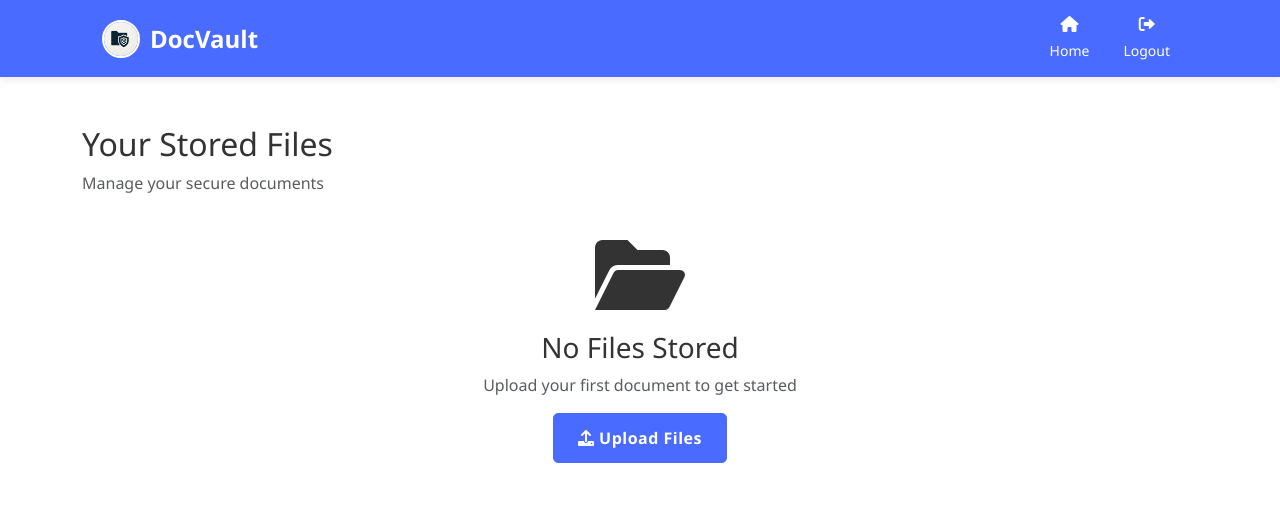
Repository: Satyaveni-Devisetti/DocVault
Page: storedfiles.html
An editor plug-in stored every save of this project. The page is shown before and after the next save, followed by the edit.
The browser window is 1280 px wide. The pictures show the whole page.

Above is the page before, as saved 2025-04-28 14:38:21.

### storedfiles.html
<!DOCTYPE html>
<html lang="en">
<head>
    <meta charset="UTF-8">
    <meta name="viewport" content="width=device-width, initial-scale=1.0">
    <title>Stored Files - DocVault</title>
    <link href="https://cdn.jsdelivr.net/npm/bootstrap@5.3.0/dist/css/bootstrap.min.css" rel="stylesheet">
    <link rel="stylesheet" href="https://cdnjs.cloudflare.com/ajax/libs/font-awesome/6.0.0/css/all.min.css">
    <link rel="stylesheet" href="styles.css">
    <style>
        .navbar {
            padding: 0.5rem 0;
            background: #4066fa;
        }
        .navbar .container {
            display: flex;
            align-items: center;
            justify-content: space-between;
        }
        .navbar-brand {
            display: flex;
            align-items: center;
            color: #fff !important;
            font-weight: 600;
            font-size: 1.5rem;
        }
        .navbar-logo {
            margin-right: 10px;
            height: 38px;
            width: 38px;
        }
        .navbar-nav {
            display: flex;
            flex-direction: row;
            align-items: center;
            gap: 18px;
        }
        .nav-link {
            color: #fff !important;
            font-weight: 500;
            display: flex;
            align-items: center;
            gap: 8px;
        }
        .nav-link .nav-icon-circle {
            background: rgba(255,255,255,0.15);
            border-radius: 50%;
            padding: 8px;
            display: flex;
            align-items: center;
            justify-content: center;
            font-size: 1.35rem;
        }
        @media (max-width: 991.98px) {
            .navbar {
                padding: 0.5rem 1rem;
            }
            .navbar-brand {
                font-size: 1.2rem;
            }
            .navbar-logo {
                height: 72px;
                width: 72px;
            }
            .nav-link {
                font-size: 1rem;
            }
            .nav-link .nav-icon-circle {
                padding: 8px;
                font-size: 1.5rem;
            }
        }
        .card, .option-card {
            box-shadow: 0 8px 20px rgba(0, 0, 0, 0.534);
            border-radius: 12px;
        }
    </style>
</head>
<body>
    <nav class="navbar navbar-expand-lg navbar-light bg-light">
        <div class="container">
            <a class="navbar-brand" href="home.html">
                <img src="icon.png" alt="DocVault" class="navbar-logo">
                <span class="d-none d-md-inline">DocVault</span>
            </a>
            <div class="navbar-nav ms-auto">
                <a class="nav-link" href="home.html">
                    <i class="fas fa-home"></i>
                    <span>Home</span>
                </a>
                <a class="nav-link" href="#" id="logout-link">
                    <i class="fas fa-sign-out-alt"></i>
                    <span>Logout</span>
                </a>
            </div>
        </div>
    </nav>

    <div class="container mt-5">
        <div class="row mb-4">
            <div class="col">
                <h2>Your Stored Files</h2>
                <p class="text-muted">Manage your secure documents</p>
            </div>
        </div>

        <div id="files-container">
            <!-- Files will be dynamically added here -->
            <div id="no-files-message" class="text-center d-none">
                <i class="fas fa-folder-open fa-5x mb-3"></i>
                <h3>No Files Stored</h3>
                <p class="text-muted">Upload your first document to get started</p>
                <a href="home.html" class="btn btn-primary">
                    <i class="fas fa-upload"></i> Upload Files
                </a>
            </div>

            <div class="file-grid" id="file-grid">
                <!-- File cards will be added here dynamically -->
            </div>
        </div>
    </div>

    <!-- File Password Modal -->
    <div class="modal fade" id="passwordModal" tabindex="-1">
        <div class="modal-dialog">
            <div class="modal-content">
                <div class="modal-header">
                    <h5 class="modal-title">Enter File Password</h5>
                    <button type="button" class="btn-close" data-bs-dismiss="modal"></button>
                </div>
                <div class="modal-body">
                    <form id="password-form">
                        <div class="form-group">
                            <label for="file-password-input">Password</label>
                            <input type="password" class="form-control" id="file-password-input" required>
                        </div>
                        <div class="text-center mt-3">
                            <button type="submit" class="btn btn-primary">
                                <span class="button-text">Access File</span>
                                <span class="loading d-none"></span>
                            </button>
                        </div>
                    </form>
                </div>
            </div>
        </div>
    </div>

    <!-- Share Modal -->
    <div class="modal fade" id="shareModal" tabindex="-1">
        <div class="modal-dialog">
            <div class="modal-content">
                <div class="modal-header">
                    <h5 class="modal-title">Share File</h5>
                    <button type="button" class="btn-close" data-bs-dismiss="modal"></button>
                </div>
                <div class="modal-body">
                    <form id="share-form">
                        <div class="form-group">
                            <label for="share-email">Recipient's Email</label>
                            <input type="email" class="form-control" id="share-email" required>
                        </div>
                        <div class="form-group mt-3">
                            <label for="share-message">Message (Optional)</label>
                            <textarea class="form-control" id="share-message" rows="3"></textarea>
                        </div>
                        <div class="text-center mt-3">
                            <button type="submit" class="btn btn-primary">
                                <span class="button-text">Share</span>
                                <span class="loading d-none"></span>
                            </button>
                        </div>
                    </form>
                </div>
            </div>
        </div>
    </div>

    <script src="https://cdn.jsdelivr.net/npm/bootstrap@5.3.0/dist/js/bootstrap.bundle.min.js"></script>
    <script src="script.js"></script>
</body>
</html>

### styles.css
:root {
    --primary-color: #4a6bff;
    --secondary-color: #f8f9fa;
    --text-color: #333;
    --success-color: #28a745;
    --error-color: #dc3545;
}

body {
    font-family: 'Segoe UI', Tahoma, Geneva, Verdana, sans-serif;
    margin: 0;
    padding: 0;
    color: var(--text-color);
}

/* Index Page Styles */
.left-side {
    background-color: var(--secondary-color);
    padding: 2rem;
    display: flex;
    align-items: center;
    justify-content: center;
}

.right-side {
    background-color: white;
    padding: 2rem;
    display: flex;
    flex-direction: column;
    align-items: center;
    justify-content: center;
}

.content h1 {
    font-size: 2.5rem;
    margin-bottom: 1rem;
    color: var(--primary-color);
}

.features {
    list-style: none;
    padding: 0;
}

.features li {
    margin: 1rem 0;
    font-size: 1.1rem;
}

.features i {
    color: var(--primary-color);
    margin-right: 0.5rem;
}

.auth-buttons {
    margin-bottom: 2rem;
}

.auth-buttons .btn {
    margin: 0 0.5rem;
    padding: 0.5rem 1.5rem;
}

.icon-container {
    font-size: 8rem;
    color: var(--primary-color);
    animation: float 3s ease-in-out infinite;
}

@keyframes float {
    0% {
        transform: translateY(0px);
    }
    50% {
        transform: translateY(-20px);
    }
    100% {
        transform: translateY(0px);
    }
}

/* Card and Container Base Styles */
.form-container, .file-card, .alert {
    background: #ffffff;
    border-radius: 10px;
    border: 1px solid rgba(0, 0, 0, 0.05);
    box-shadow: rgba(99, 99, 99, 0.1) 0px 2px 8px 0px, rgba(0, 0, 0, 0.05) 0px 0px 0px 1px;
    transition: all 0.3s ease;
}

.form-container:hover, .file-card:hover {
    box-shadow: rgba(0, 0, 0, 0.1) 0px 10px 15px -3px, rgba(0, 0, 0, 0.05) 0px 4px 6px -2px;
}

.form-container {
    max-width: 500px;
    width: 95%;
    margin: 2rem auto;
    padding: 2rem;
}

.form-container h2 {
    color: #333;
    font-weight: 700;
    margin-bottom: 2rem;
    font-size: clamp(1.5rem, 4vw, 2rem);
    text-transform: uppercase;
    letter-spacing: 0.5px;
}

/* Section Headers */
.section-headers {
    display: flex;
    justify-content: center;
    gap: clamp(1rem, 3vw, 2rem);
    margin-bottom: 2rem;
    padding-bottom: 0.5rem;
    border-bottom: 2px solid #e9ecef;
    flex-wrap: wrap;
}

.section-title {
    color: #666;
    font-size: clamp(1rem, 3vw, 1.25rem);
    font-weight: 600;
    cursor: pointer;
    padding: 0.5rem 1rem;
    margin: 0;
    transition: all 0.3s ease;
    position: relative;
    border: none;
    background: none;
    outline: none;
    white-space: nowrap;
}

.section-title:hover {
    color: var(--primary-color);
}

.section-title.active {
    color: var(--primary-color);
}

.section-title.active::after {
    content: '';
    position: absolute;
    bottom: -0.5rem;
    left: 0;
    width: 100%;
    height: 3px;
    background-color: var(--primary-color);
    transition: all 0.3s ease;
}

/* Form Styles */
.update-form {
    opacity: 0;
    display: none;
    transition: opacity 0.3s ease;
    position: relative;
}

.update-form.active {
    opacity: 1;
    display: block;
}

.form-group {
    margin-bottom: 1.5rem;
}

.form-group label {
    display: block;
    margin-bottom: 0.5rem;
    font-weight: 600;
    color: #333;
    font-size: clamp(0.875rem, 2vw, 1rem);
}

.form-control {
    padding: clamp(0.5rem, 2vw, 0.75rem);
    border-radius: 5px;
    border: 1px solid #ddd;
    width: 100%;
    font-size: clamp(0.875rem, 2vw, 1rem);
    background-color: white;
}

.form-control:focus {
    border-color: var(--primary-color);
    box-shadow: 0 0 0 0.2rem rgba(74, 107, 255, 0.25);
}

/* Input Group for Password Fields */
.input-group {
    display: flex;
    align-items: stretch;
    width: 100%;
    margin-bottom: 1rem;
}

.input-group .form-control {
    border-top-right-radius: 0;
    border-bottom-right-radius: 0;
    margin-bottom: 0;
}

.input-group .btn {
    border-top-left-radius: 0;
    border-bottom-left-radius: 0;
}

/* Button Styles */
.btn {
    padding: clamp(0.5rem, 2vw, 0.75rem) clamp(1rem, 3vw, 1.5rem);
    font-size: clamp(0.875rem, 2vw, 1rem);
    border-radius: 5px;
    transition: all 0.3s ease;
}

.btn-primary {
    background-color: var(--primary-color);
    border-color: var(--primary-color);
    color: white;
    font-weight: 600;
    letter-spacing: 0.5px;
}

.btn-primary:hover {
    transform: translateY(-2px);
    box-shadow: 0 4px 12px rgba(74, 107, 255, 0.2);
}

.btn-outline-secondary {
    background-color: white;
    border-color: #ddd;
    color: #666;
}

.btn-outline-secondary:hover {
    background-color: #f8f9fa;
    border-color: #ddd;
    color: #333;
}

/* File Grid Styles */
.file-grid {
    display: grid;
    grid-template-columns: repeat(auto-fill, minmax(280px, 1fr));
    gap: 1.5rem;
    padding: 1.5rem;
}

.file-card {
    padding: 1.5rem;
    transition: all 0.3s ease;
}

.file-card:hover {
    transform: translateY(-5px);
    box-shadow: rgba(17, 17, 26, 0.1) 0px 8px 24px, rgba(17, 17, 26, 0.1) 0px 16px 56px;
}

.file-actions {
    display: flex;
    justify-content: space-around;
    margin-top: 1rem;
}

.file-actions i {
    cursor: pointer;
    color: var(--primary-color);
    transition: color 0.2s;
}

.file-actions i:hover {
    color: #3a5bef;
}

/* Responsive Design */
@media (max-width: 1200px) {
    .file-grid {
        grid-template-columns: repeat(auto-fill, minmax(250px, 1fr));
        gap: 1.25rem;
        padding: 1.25rem;
    }
}

@media (max-width: 992px) {
    .form-container {
        width: 90%;
        padding: 1.75rem;
    }

    .file-grid {
        grid-template-columns: repeat(auto-fill, minmax(220px, 1fr));
        gap: 1rem;
        padding: 1rem;
    }
}

@media (max-width: 768px) {
    .form-container {
        width: 85%;
        padding: 1.5rem;
        margin: 1.5rem auto;
    }

    .section-headers {
        gap: 1rem;
    }

    .file-grid {
        grid-template-columns: repeat(auto-fill, minmax(200px, 1fr));
    }

    .file-card {
        padding: 1.25rem;
    }
}

@media (max-width: 576px) {
    .form-container {
        width: 92%;
        padding: 1.25rem;
        margin: 1rem auto;
    }

    .section-headers {
        flex-direction: row;
        gap: 0.75rem;
    }

    .section-title {
        padding: 0.4rem 0.8rem;
    }

    .file-grid {
        grid-template-columns: 1fr;
        padding: 0.75rem;
        gap: 1rem;
    }

    .file-card {
        width: 100%;
        min-width: 0;
        max-width: 100%;
        margin: 0 auto 1rem auto;
        box-sizing: border-box;
    }

    .form-group {
        margin-bottom: 1rem;
    }
}

/* Animations */
.fade-in {
    animation: fadeIn 0.5s ease-in;
}

@keyframes fadeIn {
    from {
        opacity: 0;
        transform: translateY(20px);
    }
    to {
        opacity: 1;
        transform: translateY(0);
    }
}

/* Loading Animation */
.loading {
    display: inline-block;
    width: 20px;
    height: 20px;
    border: 3px solid rgba(255,255,255,.3);
    border-radius: 50%;
    border-top-color: #fff;
    animation: spin 1s ease-in-out infinite;
}

@keyframes spin {
    to { transform: rotate(360deg); }
}

/* Error and Success Messages */
.alert {
    margin: 1rem 0;
    padding: clamp(0.75rem, 2vw, 1rem);
    font-size: clamp(0.875rem, 2vw, 1rem);
}

.alert-success {
    background-color: #d4edda;
    border-color: #c3e6cb;
    color: #155724;
}

.alert-error {
    background-color: #f8d7da;
    border-color: #f5c6cb;
    color: #721c24;
}

.spinner-border-sm {
    width: 1rem;
    height: 1rem;
    border-width: 0.2em;
}

.btn:disabled {
    cursor: not-allowed;
    opacity: 0.8;
}

/* Navbar Styles */
.navbar {
    padding: 0.75rem 0;
    background-color: var(--primary-color) !important;
    width: 100%;
    margin: 0;
    box-shadow: 0 2px 8px rgba(0, 0, 0, 0.1);
}

.navbar .container {
    display: flex;
    justify-content: space-between;
    align-items: center;
    padding: 0 2rem;
}

.navbar-brand {
    display: flex;
    align-items: center;
    color: white !important;
    font-size: 1.5rem;
    font-weight: 600;
    text-decoration: none;
}

.navbar-logo {
    width: 40px;
    height: 40px;
    border-radius: 50%;
    margin-right: 12px;
    border: 2px solid white;
    object-fit: cover;
}

.navbar-nav {
    display: flex;
    align-items: center;
    gap: 1.5rem;
}

.nav-link {
    color: white !important;
    text-decoration: none;
    display: flex;
    flex-direction: column;
    align-items: center;
    transition: all 0.3s ease;
}

.nav-icon-circle {
    width: 40px;
    height: 40px;
    border-radius: 50%;
    background: rgba(255, 255, 255, 0.1);
    display: flex;
    align-items: center;
    justify-content: center;
    margin-bottom: 0.5rem;
    border: 2px solid rgba(255, 255, 255, 0.2);
    transition: all 0.3s ease;
}

.nav-link:hover .nav-icon-circle {
    background: white;
    border-color: white;
}

.nav-link:hover .nav-icon-circle i {
    color: var(--primary-color);
}

.nav-link span {
    font-size: 0.875rem;
    color: white;
}

/* Main Icon Styles */
.main-icon {
    display: flex;
    justify-content: center;
    align-items: center;
    height: 100%;
    padding: 2rem;
}

.circular-icon {
    width: 300px;
    height: 300px;
    border-radius: 50%;
    object-fit: cover;
    box-shadow: 0 4px 20px rgba(0, 0, 0, 0.15);
    border: 6px solid var(--primary-color);
}

/* Responsive Styles */
@media (max-width: 1200px) {
    .circular-icon {
        width: 250px;
        height: 250px;
    }
}

@media (max-width: 992px) {
    .navbar-logo {
        width: 40px;
        height: 40px;
    }

    .circular-icon {
        width: 200px;
        height: 200px;
    }
}

@media (max-width: 768px) {
    .navbar .container {
        padding: 0 1rem;
    }

    .navbar-brand {
        font-size: 1.25rem;
    }

    .navbar-logo {
        width: 32px;
        height: 32px;
        margin-right: 8px;
    }

    .circular-icon {
        width: 180px;
        height: 180px;
        border-width: 4px;
    }

    .nav-icon-circle {
        width: 32px;
        height: 32px;
        margin-bottom: 0.25rem;
    }

    .nav-link span {
        font-size: 0.75rem;
    }
}

@media (max-width: 576px) {
    .navbar .container {
        padding: 0 0.75rem;
    }

    .navbar-brand {
        font-size: 1.1rem;
    }

    .navbar-logo {
        width: 28px;
        height: 28px;
        margin-right: 6px;
    }

    .circular-icon {
        width: 150px;
        height: 150px;
    }

    .nav-icon-circle {
        width: 28px;
        height: 28px;
    }

    .section-headers {
        gap: 1rem;
    }

    .section-title {
        font-size: 1.1rem;
        padding: 0.4rem 0.8rem;
    }

    .form-container {
        padding: 1.5rem;
        margin: 1rem;
    }

    .form-container h2 {
        font-size: 1.5rem;
    }

    .nav-link span {
        font-size: 0.7rem;
    }
}

/* Update Details Page Specific */
.nav-tabs {
    border-bottom: 2px solid #dee2e6;
    margin-bottom: 2rem;
}

.nav-tabs .nav-link {
    color: var(--text-color);
    font-weight: 500;
    padding: 0.75rem 1.5rem;
    border: none;
    border-bottom: 2px solid transparent;
    margin-bottom: -2px;
}

.nav-tabs .nav-link:hover {
    border-color: transparent;
    color: var(--primary-color);
}

.nav-tabs .nav-link.active {
    color: var(--primary-color);
    background: none;
    border-bottom: 2px solid var(--primary-color);
}

.tab-content {
    padding: 1rem 0;
}

/* Responsive Navbar */
@media (min-width: 769px) and (max-width: 1200px) {
    /* Tablet - Keep navbar similar to desktop */
    .navbar .container {
        padding: 0 1.5rem;
    }

    .navbar-logo {
        width: 35px;
        height: 35px;
    }

    .nav-icon-circle {
        width: 35px;
        height: 35px;
    }
}

@media (max-width: 768px) {
    /* Mobile navbar adjustments */
    .navbar {
        padding: 0.5rem 0;
    }

    .navbar .container {
        padding: 0 1rem;
    }

    .navbar-brand {
        font-size: 1.25rem;
    }

    .navbar-logo {
        width: 32px;
        height: 32px;
        margin-right: 8px;
    }

    .navbar-nav {
        gap: 1rem;
    }

    .nav-icon-circle {
        width: 32px;
        height: 32px;
        margin-bottom: 0.25rem;
    }

    .nav-link span {
        font-size: 0.75rem;
    }
}

@media (max-width: 576px) {
    /* Small mobile navbar */
    .navbar .container {
        padding: 0 0.75rem;
    }

    .navbar-brand {
        font-size: 1.1rem;
    }

    .navbar-logo {
        width: 28px;
        height: 28px;
        margin-right: 6px;
    }

    .navbar-nav {
        gap: 0.75rem;
    }

    .nav-icon-circle {
        width: 28px;
        height: 28px;
    }

    .nav-link span {
        font-size: 0.7rem;
    }
}

/* Mobile and Tablet Styles */
@media (max-width: 991.98px) {
    .navbar-nav {
        flex-direction: row;
        justify-content: space-around;
        width: 100%;
        padding: 0.5rem 0;
    }

    .nav-link {
        display: flex;
        flex-direction: column;
        align-items: center;
        padding: 0.5rem;
    }

    .nav-icon-circle {
        margin-bottom: 0.25rem;
    }

    .section-headers {
        flex-direction: row;
        flex-wrap: wrap;
    }

    .section-title {
        flex: 1;
        min-width: 150px;
        margin: 0.25rem;
        padding: 0.75rem;
        font-size: 0.9rem;
    }

    .update-form {
        padding: 1rem;
    }

    .form-group {
        margin-bottom: 1rem;
    }
}

/* Tablet specific styles */
@media (min-width: 768px) and (max-width: 991.98px) {
    .container {
        max-width: 95%;
    }

    .section-headers {
        gap: 1rem;
    }

    .section-title {
        font-size: 1rem;
    }
}

/* Mobile specific styles */
@media (max-width: 767.98px) {
    .container {
        padding: 0 1rem;
    }

    .section-headers {
        gap: 0.5rem;
    }

    .section-title {
        font-size: 0.85rem;
        padding: 0.5rem;
    }

    .form-container {
        padding: 1rem;
    }
}

/* Update Details Page Specific */
.update-sections {
    width: 100%;
}

.update-section {
    background: #fff;
    border-radius: 8px;
    padding: 1.5rem;
    height: 100%;
    box-shadow: 0 2px 4px rgba(0,0,0,0.05);
}

.update-section h3.section-title {
    color: var(--primary-color);
    font-size: 1.25rem;
    margin-bottom: 1.5rem;
    padding-bottom: 0.75rem;
    border-bottom: 2px solid var(--primary-color);
}

/* Mobile and Tablet Styles */
@media (max-width: 991.98px) {
    /* Navbar adjustments */
    .navbar {
        padding: 0.5rem 0;
    }

    .navbar .container {
        padding: 0.5rem;
    }

    .navbar-nav {
        display: flex;
        flex-direction: row;
        justify-content: flex-end;
        gap: 1rem;
        margin: 0;
    }

    .nav-link {
        padding: 0;
        margin: 0;
    }

    .nav-icon-circle {
        width: 36px;
        height: 36px;
        margin-bottom: 4px;
    }

    .nav-link span {
        font-size: 0.7rem;
    }

    /* Update sections adjustments */
    .form-container {
        padding: 1rem;
        margin: 0.5rem auto;
    }

    .update-section {
        padding: 1rem;
        margin-bottom: 1rem;
    }

    .update-section h3.section-title {
        font-size: 1.1rem;
        margin-bottom: 1rem;
        text-align: center;
    }

    .form-group {
        margin-bottom: 0.75rem;
    }

    .btn {
        padding: 0.5rem 1rem;
    }
}

/* Tablet specific styles */
@media (min-width: 768px) and (max-width: 991.98px) {
    .navbar-brand {
        font-size: 1.3rem;
    }

    .nav-icon-circle {
        width: 40px;
        height: 40px;
    }

    .nav-link span {
        font-size: 0.8rem;
    }

    .update-section {
        padding: 1.25rem;
    }

    .update-section h3.section-title {
        font-size: 1.2rem;
    }
}

/* Mobile specific styles */
@media (max-width: 767.98px) {
    .navbar-brand {
        font-size: 1.1rem;
    }

    .navbar-logo {
        width: 30px;
        height: 30px;
    }

    .nav-icon-circle {
        width: 32px;
        height: 32px;
    }

    .nav-link span {
        font-size: 0.65rem;
    }

    .form-container {
        padding: 0.75rem;
    }

    .update-section {
        padding: 1rem;
    }

    .update-section h3.section-title {
        font-size: 1rem;
    }

    .form-group label {
        font-size: 0.9rem;
    }

    .form-control {
        font-size: 0.9rem;
        padding: 0.4rem 0.75rem;
    }
}

Loaded but not shown: script.js (985 lines, source omitted)

After the next save:
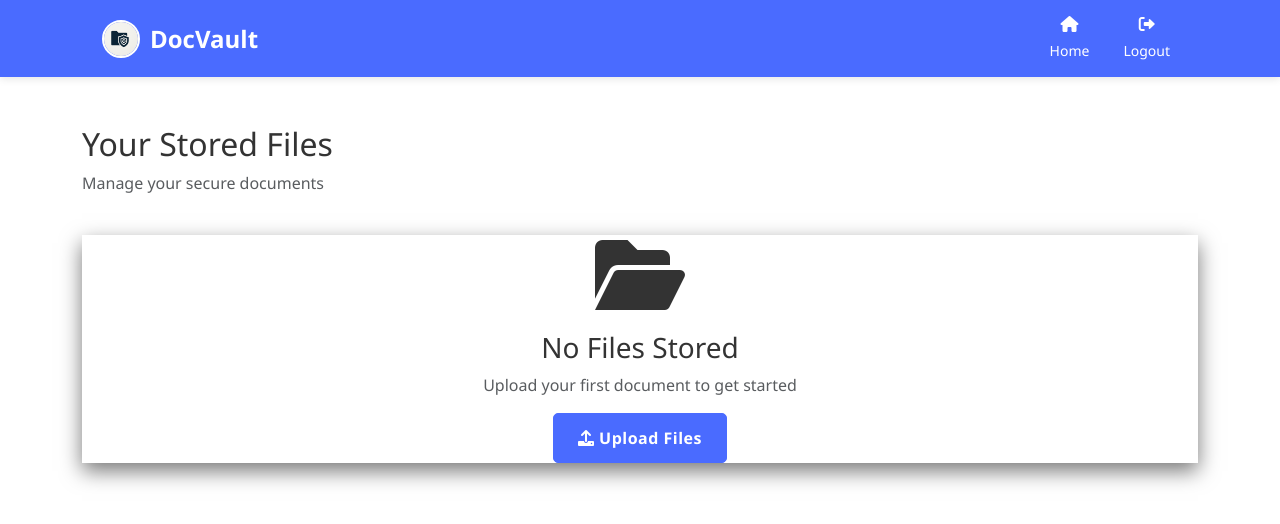
Saved 72 s later.
--- a/storedfiles.html
+++ b/storedfiles.html
@@ -104,7 +104,7 @@
             </div>
         </div>
 
-        <div id="files-container">
+        <div id="files-container" style="box-shadow: 0 8px 20px rgba(0, 0, 0, 0.534);">
             <!-- Files will be dynamically added here -->
             <div id="no-files-message" class="text-center d-none">
                 <i class="fas fa-folder-open fa-5x mb-3"></i>

After the 2 saves that followed:
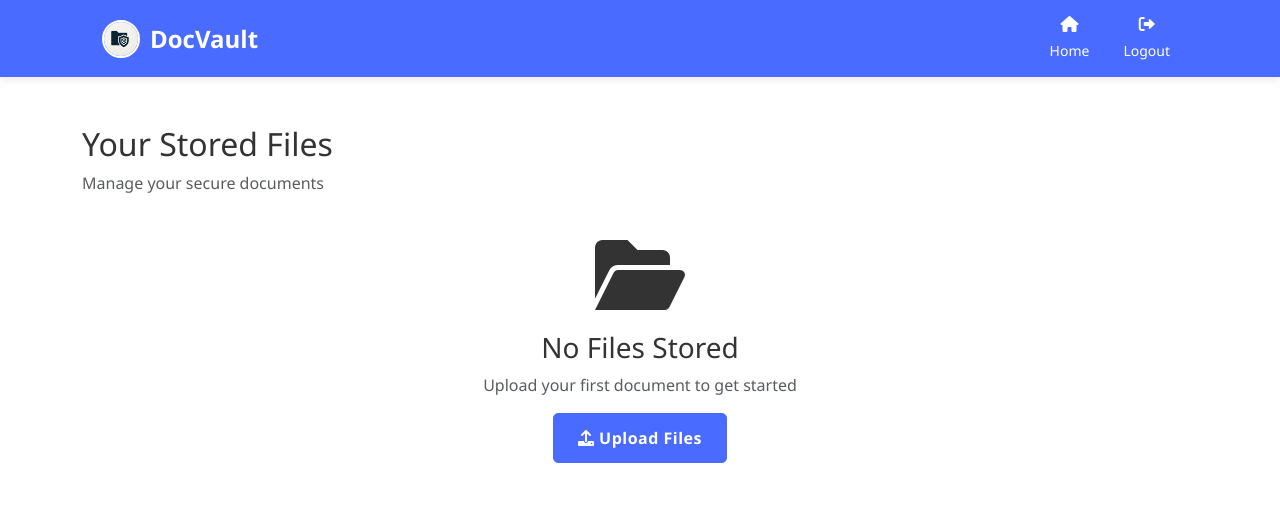
The 2 saves are shown as one change because 1 left the picture as it was.
The last was saved 54 s later.
--- a/storedfiles.html
+++ b/storedfiles.html
@@ -104,9 +104,9 @@
             </div>
         </div>
 
-        <div id="files-container" style="box-shadow: 0 8px 20px rgba(0, 0, 0, 0.534);">
+        <div id="files-container" >
             <!-- Files will be dynamically added here -->
-            <div id="no-files-message" class="text-center d-none">
+            <div id="no-files-message" class="text-center d-none" >
                 <i class="fas fa-folder-open fa-5x mb-3"></i>
                 <h3>No Files Stored</h3>
                 <p class="text-muted">Upload your first document to get started</p>
